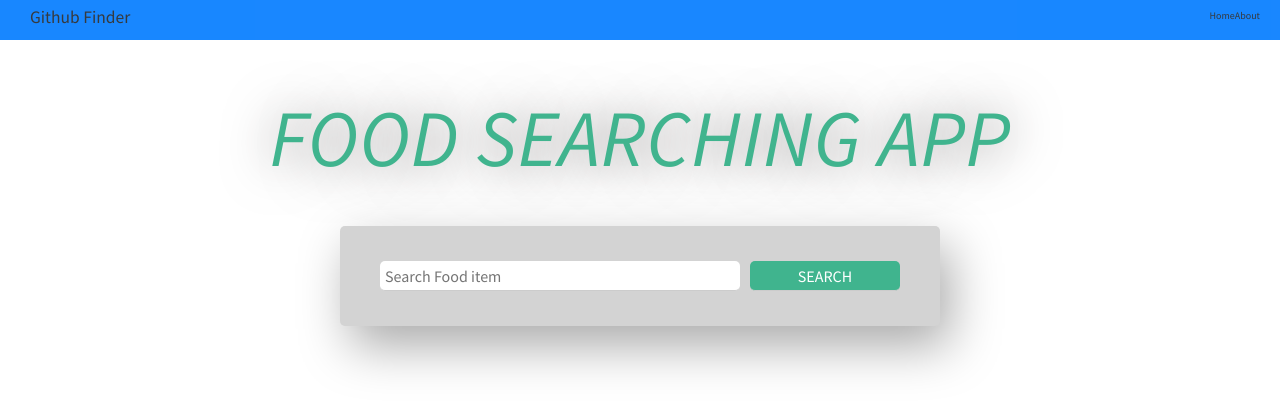
Repository: priyavmehta/React-Food-Recipe-App
Page: /
The author's editor kept a copy of each file at every save. The page is drawn from the files as they stood at one save, then again after the next save.
The browser window is 1280 px wide. The pictures show the whole page.
The project was rebuilt for these pictures with package versions that can differ from the ones it lists, and the page was loaded fresh each time. Also part of the build but not shown: src/Components/RecipeDetails.js, src/Components/Recipe.js, src/Components/Alert.js.

Above is the page before, as saved 2020-07-11 21:59:12.

After the next save:
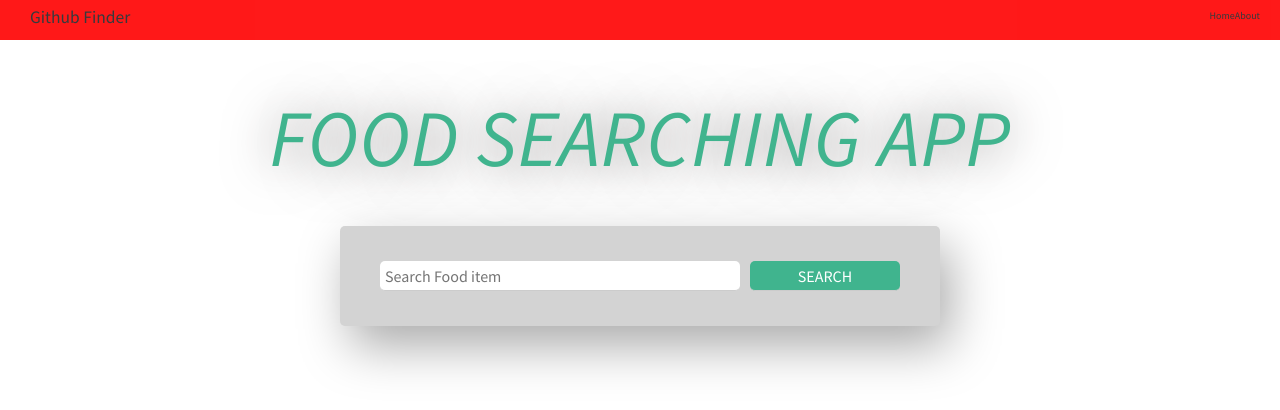
Saved 20 s later.
--- a/src/Components/Navbar.js
+++ b/src/Components/Navbar.js
@@ -5,7 +5,7 @@ import { Link } from 'react-router-dom'
 const Navbar = ({icon, title}) => {
 
     return (
-        <nav className = "navbar bg-primary">
+        <nav className = "navbar">
             <h3>
                 <i className ={icon} style = {{marginRight : 10 + 'px'}}/> {title}
             </h3>
